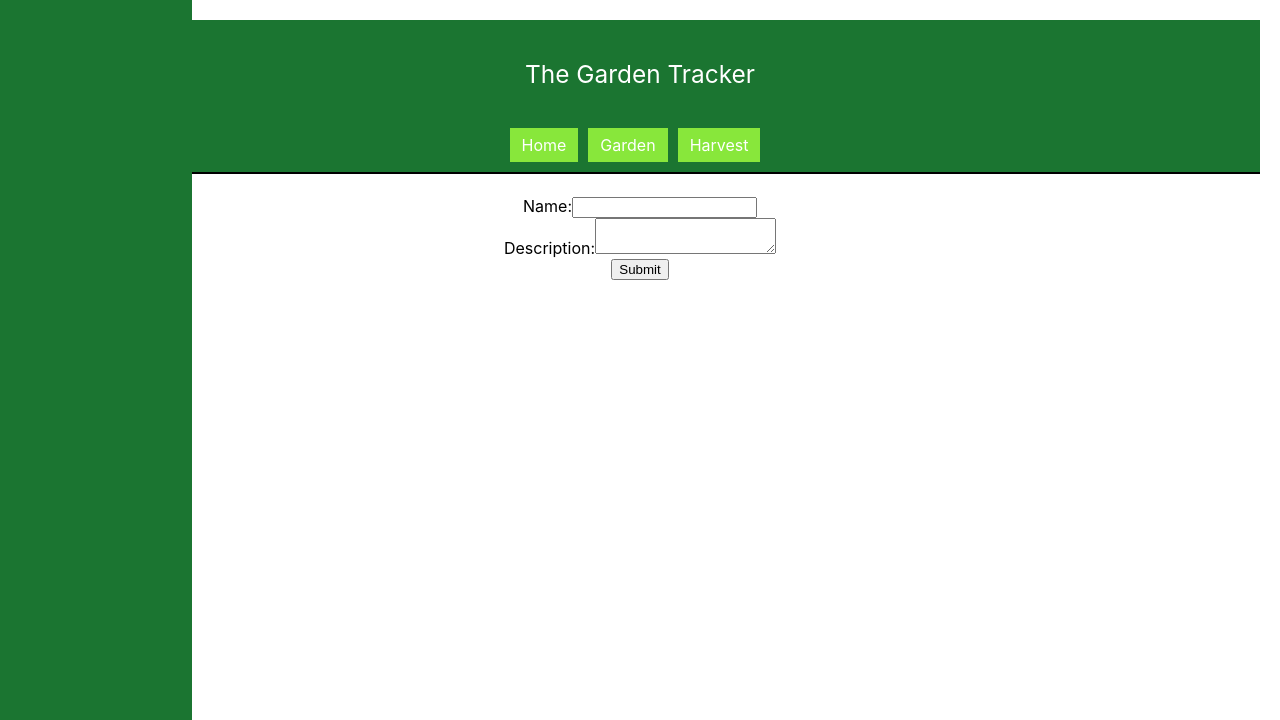
Repository: charliejp0311/ReactReduxFinal
Page: /garden (app in gardentracker/)
These files come from the project's save history. The page is drawn as it stood at one moment and after the next save; the edit follows.
The browser window is 1280 px wide. The pictures show the whole page.
The page's requests for data from a server got no answer. The project was rebuilt for these pictures with package versions that can differ from the ones it lists, and the page was loaded fresh each time. No one was signed in, and anything a server would have sent is missing. Also part of the build but not shown: gardentracker/src/containers/GardenbookContainer.js, gardentracker/src/components/GardenPlant.js, gardentracker/src/components/HarvestPlant.js, gardentracker/src/containers/HarvestContainer.js, gardentracker/src/components/UpdatePlantForm.js, gardentracker/src/components/NoteForm.js, gardentracker/src/components/noteList.js, gardentracker/src/containers/PlantContainer.js and 1 more.

Above is the page before, as saved 2020-11-12 09:32:08.

After the next save:
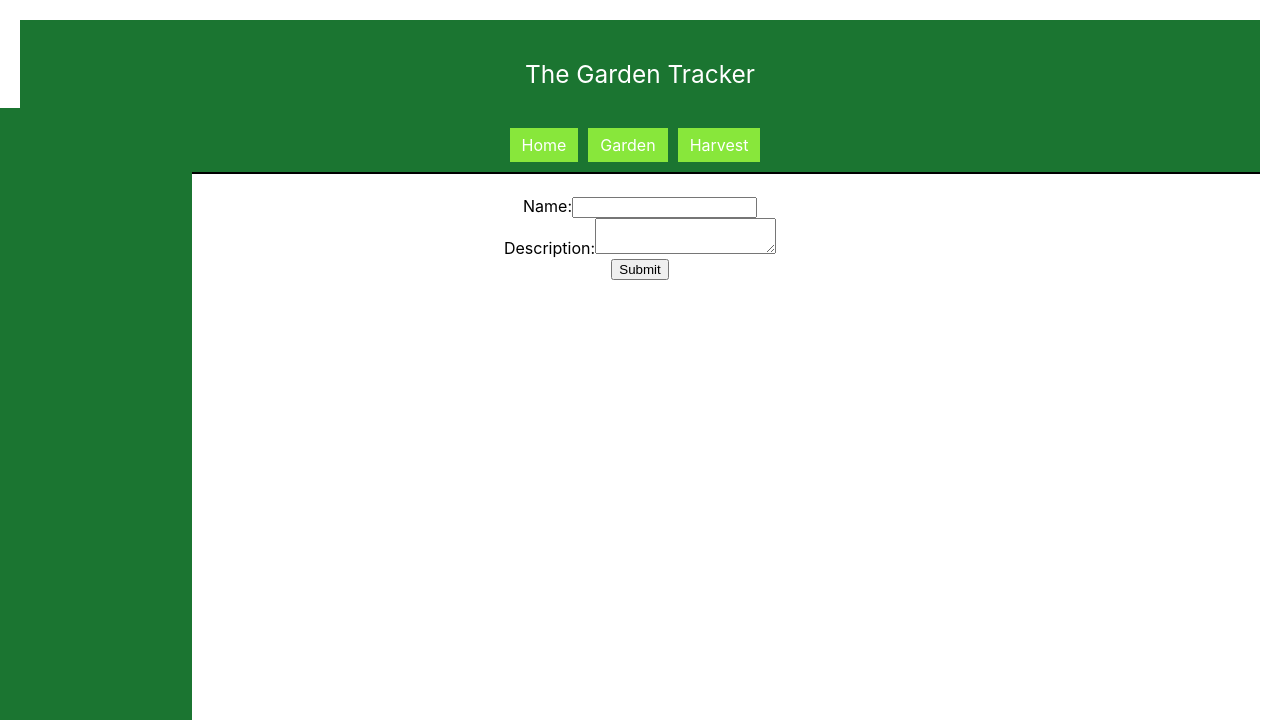
Saved 111 s later.
--- a/gardentracker/src/App.css
+++ b/gardentracker/src/App.css
@@ -28,22 +28,14 @@
 .sidenav {
   height: 100%;
   width: 15%;
-  /* 0 width - change this with JavaScript */
   position: fixed;
-  /* Stay in place */
   z-index: 1;
-  /* Stay on top */
-  top: 0;
-  /* Stay at the top */
+  top: 15vh;
   left: 0;
   background-color: #1b7531;
-  /* Black*/
   overflow-x: hidden;
-  /* Disable horizontal scroll */
   padding-top: 60px;
-  /* Place content 60px from the top */
   transition: 0.5s;
-  /* 0.5 second transition effect to slide in the sidenav */
 }
 
 /* The navigation menu links */
